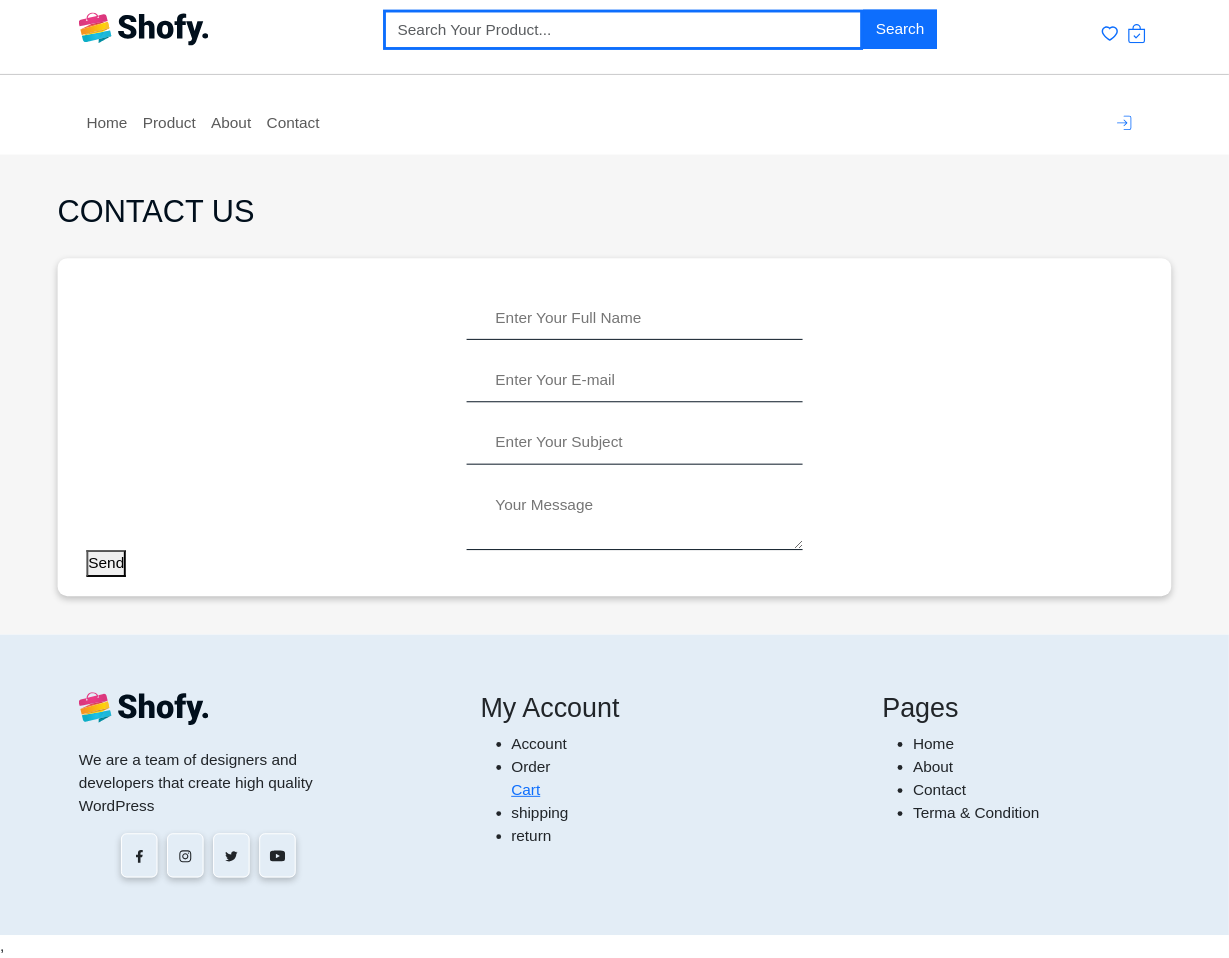
Repository: YomnaWegdan/E-commerce
Page: /contact
An editor plug-in stored every save of this project. The page is shown before and after the next save, followed by the edit.
The browser window is 1280 px wide. The pictures show the whole page, at 96% of full size.
The project was rebuilt for these pictures with package versions that can differ from the ones it lists, and the page was loaded fresh each time. Also part of the build but not shown: src/App.css, src/Pages/Home.css, src/Components/HomeProduct.js, src/Pages/Home.js, src/Pages/Product.js, src/Components/Cart/Cart.css, src/Components/Cart/Cart.js.

Above is the page before, as saved 2023-08-09 00:55:37.

### src/index.js
import React from 'react';
import ReactDOM from 'react-dom/client';
import './index.css';
import App from './App';
import reportWebVitals from './reportWebVitals';
import 'bootstrap/dist/css/bootstrap.min.css';
import { Auth0Provider } from '@auth0/auth0-react';
import { ContextProvider } from './Components/Context';

const root = ReactDOM.createRoot(document.getElementById('root'));
root.render(

  <ContextProvider>
  <Auth0Provider
  domain="dev-aamwpxlsfm3npzz6.us.auth0.com"
  clientId="MkjduxuJruldtmeMMgriskirViaGSRSW"
  authorizationParams={{
    redirect_uri: window.location.origin
  }}
>

  <App />
</Auth0Provider>,</ContextProvider>
);

// If you want to start measuring performance in your app, pass a function
// to log results (for example: reportWebVitals(console.log))
// or send to an analytics endpoint. Learn more: https://bit.ly/CRA-vitals
reportWebVitals();

### src/App.js
import { BrowserRouter , Routes , Route} from 'react-router-dom';
import './App.css';
import Navs from './Components/Navbar/Navs';
import Home from './Pages/Home';
import Footer from './Components/Footer/Footer';
import Product from './Pages/Product';
import Cart from './Components/Cart/Cart';
import Contact from './Pages/Contact';

function App() {
  return (
    <BrowserRouter>
    <Navs/>
    <Routes>
    <Route path='/' element={<Home/>}/>
    <Route path='/product' element={<Product/>}/>
    <Route path='/cart' element={<Cart/>}/>
    <Route path='/contact' element={<Contact/>}/>


    </Routes>
    <Footer/>

    </BrowserRouter>
  );
}

export default App;

### src/Components/Context.js
import {createContext  , useContext, useState} from "react"
import Productdetail from "../Pages/Productdetail";

export const Context = createContext(null);
export const useAppContext = () =>{
    const contextVar = useContext(Context);
    if(contextVar === undefined){
        throw new Error('Context must be within ContextProvider');
    }
    return contextVar;
}

export const ContextProvider = ({children}) =>{

    const [product , setProduct] = useState(Productdetail)
    const filterProduct = (product)=>{
        const update = Productdetail.filter((x)=>{
         return( x.Cat=== product )
        })
        setProduct(update)
      }
        const AllProducts = () =>{
          setProduct(Productdetail)
        }

        const searchBtn = (product) => {
    const change = Productdetail.filter((x) =>
    {
      return x.Cat === product
    })
    setProduct(change)
  }

  //Product_detail
  const [detail , setDetail] = useState([])
  const [close , setClose] = useState(false);

  const View = (product)=>{
    setDetail([{...product}])
    setClose(true)
  }

  //Cart
  const [cart , setCart] = useState([])

  const addToCart = (product)=>{
    const exist = cart.find((x)=>{
      return x.id === product.id
    })
    if(exist)
    {
      alert("This Product is already added to cart")
    }else{
      setCart([...cart, {...product, qty:1}])
      alert('Product is added to cart')
    }

  }
  console.log(cart)

  const increment =(product)=>{
    const exist = cart.find((x)=>{
        return x.id === product.id;
    })
    setCart(cart.map((el)=>{
      return el.id === product.id ? {...exist , qty: exist.qty +1}: el
    }))

}
const decrement =(product)=>{
  const exist = cart.find((x)=>{
    return x.id === product.id;
})
setCart(cart.map((el)=>{
  return el.id === product.id ? {...exist , qty: exist.qty -1}: el
}))
}

//Remove cart product
const removeproduct = (product) =>
{
    const exsit = cart.find((x) =>
    {
        return x.id === product.id
    })
    if(exsit.qty > 0)
    {
        setCart(cart.filter((x) =>
        {
            return x.id !== product.id
        }))
    }
}
const Totalprice = cart.reduce((price, item) => price + item.qty * item.Price, 0)


    return(
        <Context.Provider value={{ product , filterProduct, AllProducts , searchBtn , detail , View , close , setClose , addToCart , cart
          ,increment , decrement , removeproduct , Totalprice
         }}>
        {children}
        </Context.Provider>
    )}

### src/Components/Navbar/Navs.js
import { Fragment, useState } from 'react';
import Container from 'react-bootstrap/Container';
import Nav from 'react-bootstrap/Nav';
import Navbar from 'react-bootstrap/Navbar';
import Form from 'react-bootstrap/Form';
import Button from 'react-bootstrap/Button';
import Row from 'react-bootstrap/Row';
import Col from 'react-bootstrap/Col';
import logo from '../../img/logo.svg'
import { AiOutlineUser } from 'react-icons/ai';
import { CiLogin } from 'react-icons/ci';
import { CiLogout } from 'react-icons/ci';
import { AiOutlineHeart } from 'react-icons/ai';
import { BsBagCheck } from 'react-icons/bs';
import './Navs.css'
import { useAuth0 } from "@auth0/auth0-react";
import { useAppContext } from '../Context';
import { NavLink } from 'react-router-dom';

const Navs = () => {
  const { loginWithRedirect, logout , user, isAuthenticated } = useAuth0();
  const [search , setSearch] = useState()
  const {searchBtn} = useAppContext();


  return (
    <Fragment>
    <Navbar expand="lg" className='justify-content-between' >
      <Container>
        <Navbar.Brand href="/"><img src={logo} alt ='Logo'/></Navbar.Brand>
        <Navbar.Toggle aria-controls="basic-navbar-nav" />
        <Navbar.Collapse id="basic-navbar-nav" >
          <Nav className=" w-100 justify-content-center">
          <Form inline >
          <Row>
            <Col xs="auto">
              <Form.Control
                type="text"
                placeholder="Search Your Product..."
                className=" mr-sm-2  w-auto"
                value={search} onChange={(e)=>setSearch(e.target.value)}
              />

            </Col>
            <Col xs="auto" className=' m-sm-0'>
              <Button type="submit" onClick={()=>searchBtn(search)}  >Search</Button>
            </Col>
          </Row>
        </Form>
        </Nav>
        <Nav className=' justify-content-end'>
        {isAuthenticated &&
        (
        <Nav>
          <Nav.Link href="/" ><AiOutlineUser/></Nav.Link>
          <p className=' my-auto me-3' >Hello, {user.name}</p>
        </Nav>
        )}

        <NavLink to ="/"  className='mt-2 mx-1'><AiOutlineHeart/></NavLink>
        <NavLink to="/cart" className='mt-2 mx-1' ><BsBagCheck/></NavLink>

          </Nav>
        </Navbar.Collapse>
      </Container>
    </Navbar>
    <hr/>
    <Navbar expand="lg" >
    <Container>
      <Navbar.Toggle aria-controls="basic-navbar-nav "  />
      <Navbar.Collapse id="basic-navbar-nav" className=' justify-content-between'>
        <Nav className=" justify-content-start">
          <Nav.Link href="/">Home</Nav.Link>
          <Nav.Link href="/product">Product</Nav.Link>
          <Nav.Link href="/about">About</Nav.Link>
          <Nav.Link href="/contact">Contact</Nav.Link>
        </Nav>
        <Nav className="auth  ">
        {isAuthenticated?
                <Button onClick={() => logout({ logoutParams: { returnTo: window.location.origin } })}><CiLogout/></Button>:
                        <Button onClick={() => loginWithRedirect()}><CiLogin/></Button>
        }
        </Nav>
      </Navbar.Collapse>
    </Container>
  </Navbar></Fragment>
  )
}

export default Navs

### src/Components/Footer/Footer.js
import React from 'react'
import logo from '../../img/logo.svg'
import { AiOutlineInstagram } from 'react-icons/ai';
import { RiFacebookFill } from 'react-icons/ri';
import { AiOutlineTwitter } from 'react-icons/ai';
import { BsYoutube } from 'react-icons/bs';
import './Footer.css'
import { Link } from 'react-router-dom';

const Footer = () => {
  return (
    <div className='footer'>
    <div className='container d-flex justify-content-between '>
    <div className='about col-lg-3'>
    <div className='logo'>
        <img src={logo} alt='logo'></img>
    </div>
    <div className='detail'>
                    <p className=' mt-4'>We are a team of designers and developers that create high quality WordPress</p>
                    <div className='icon'>
                        <li><RiFacebookFill /></li>
                        <li><AiOutlineInstagram /></li>
                        <li><AiOutlineTwitter /></li>
                        <li><BsYoutube /></li>
                    </div>
                </div>
    </div>
    <div className='account col-lg-3'>
                <h3>My Account</h3>
                <ul>
                    <li>Account</li>
                    <li>Order</li>
                    <Link to='/cart'>Cart</Link>
                    <li>shipping</li>
                    <li>return</li>
                </ul>
            </div>
            <div className='page col-lg-3'>
                <h3>Pages</h3>
                <ul>
                    <li>Home</li>
                    <li>About</li>
                    <li>Contact</li>
                    <li>Terma & Condition</li>
                </ul>
            </div>
    </div>

    </div>
  )
}

export default Footer

### src/Pages/Contact.js
import React from 'react'
import './Contact.css'
const Contact = () => {
  return (
    <div>
    <div className='contact_container'>
    <div className='contant'>
    <h2>Contact Us</h2>
    <div className='form'>
    <form method='POST'>
    <input type='text' name='Name' value='' placeholder='Enter Your Full Name' required autoComplete='off'/>
    <input type='email' name='E-mail' value='' placeholder='Enter Your E-mail' required autoComplete='off'/>
    <input type='text' name='Subject' value='' placeholder='Enter Your Subject' required autoComplete='off'/>
    <textarea name='Message' value='' placeholder='Your Message' required autoComplete='off'></textarea>
    <button type='submit'>Send</button>

    </form>
    </div>
    </div>
    </div>



    </div>
  )
}

export default Contact

### src/Pages/Productdetail.js
const Productdetail =
[
    {
        id:1,
        Title:"Galaxy Tab S6 Lite 10.4-inch Android Tablet 128GB.",
        Cat: 'Tablet',
        Price: '723',
        Img: require('../img/tp1.jpg')
    },
    {
        id:2,
        Title:"Tracker with IP67 Waterproof Pedometer Smart watch.",
        Cat: 'Smart Watch',
        Price: '168',
        Img: require('../img/tp2.jpg')
    },
    {
        id:3,
        Title:"Cancelling Headphones Wireless.",
        Cat: 'Headphone',
        Price: '49',
        Img: require('../img/tp3.jpg')
    },
    {
        id:4,
        Title:"Professional Camera 4K Digital Video Camera.",
        Cat: 'Camera',
        Price: '1049',
        Img: require('../img/tp4.jpg')
    },
    {
        id:5,
        Title:"Mini Portable PD 22.5W Fast Charging Powerbank.",
        Cat: 'Powerbank',
        Price: '49',
        Img: require('../img/tp5.jpg')
    },
    {
        id:6,
        Title:"CPU Cooler 2 Heat Pipes 12mm 4 Pin PWM RGB for Intel.",
        Cat: 'Electronics',
        Price: '156',
        Img: require('../img/tp6.png')
    },
    {
        id:7,
        Title:"Playstation 4 2TB Slim Gaming Console.",
        Cat: 'Gaming',
        Price: '2098',
        Img: require('../img/tp7.jpg')
    },
    {
        id:8,
        Title:"Mini Portable Mobile Phone Powerbank for iphone.",
        Cat: 'Electronics',
        Price: '386',
        Img: require('../img/tp8.jpg')
    },
    {
        id:9,
        Title:"Microsoft Surface Pro 8-13' Touchscreen.",
        Cat: 'Tablet',
        Price: '693',
        Img: require('../img/p9.jpg')
    },
    {
        id:10,
        Title:"Playstation 4 2TB Slim Gaming Console.",
        Cat: 'Gaming',
        Price: '5036',
        Img: require('../img/p10.jpg')
    },
    {
        id:11,
        Title:"Echo Show 5 (2nd Gen) Adjustable Stand | Charcoal",
        Cat: 'Electronics',
        Price: '198',
        Img: require('../img/p11.jpg')
    },
    {
        id:12,
        Title:"Echo Dot smart speaker",
        Cat: 'Electronics',
        Price: '793',
        Img: require('../img/p12.jpg')
    },
]
export default Productdetail;

### src/Components/Navbar/Navs.css
.navbar input{
    width: 500px !important;
    border: 3px solid #0D6EFD;
    border-radius: 0px !important;
    outline: none !important;


}
.navbar input:focus{
    outline: none !important;
}
.navbar button{
    margin-left: -24px;
    border-radius: 0px !important;
    height: 41px;
}
@media (max-width:1200px) {
    .navbar button{
        margin-left: 0;
    }
    .navbar input{
        width: 260px !important;
    }
}
.navbar svg{
    color: #0D6EFD;
    width: 20px;
    height: 20px;
}

.navbar a:hover{
    color: #0D6EFD;

}
.navbar p{
    width: max-content;
}
.navbar .auth button{
    background-color: white;
    border: none;
    margin: 5px;
}

### src/Components/Footer/Footer.css
.footer{
    background: #e3edf6;
    padding: 60px;
    text-align: start;
}
.footer .detail .icon{
    list-style: none;
    display: flex;
    justify-content: center;

}
.footer .detail .icon li{
    margin-right: 10px;
    border: 1px solid white;
    box-shadow: rgba(0, 0, 0, 0.24) 0px 3px 8px;
    padding: 10px;
    border-radius: 6px;

}
.footer .detail .icon li:hover{
    background-color: #0989ff;
    color: white;
    border: 1px solid #0989ff;
    transition: 0.5s;


}

.footer .account li:hover , .footer .page li:hover{
    color: #0989ff;
    cursor: pointer;
    transition: 0.5s;


}

### src/Pages/Product.css
*
{
    margin: 0;
    padding: 0;
    font-family: sans-serif;
    box-sizing: border-box;
}
.products
{
    padding: 30px 40px;
    width: 100%;

}
.products h3
{
    font-size: 42px;
    letter-spacing: 1px;
    text-transform: uppercase;
    font-weight: 300;
    color: #010f1c;
    margin-left: 4%;

}
.products p
{
    margin-top: 10px;
    color: #9a9a9a;
    margin-left: 4%;

}
.products .container
{
    margin-top: 30px;
    max-width: 100%;
    display: flex;
    justify-content: space-between;
}
.products .container .filter
{
    padding: 20px 30px;
    display: flex;
    justify-content:flex-start;
    flex-wrap: wrap;
}
.products .container .filter .categories h3
{
    color: #010f1c;
    font-size: 16px;
    text-transform: uppercase;
    font-weight: 600;
}
.products .container .filter .categories ul
{
    margin-top: 10px;
}
.products .container .filter .categories ul li
{
    list-style: none;
    margin-top: 20px;
    color: #010f1c;
    cursor: pointer;
}
.products .container .productbox
{
    margin-right: 0%;
    display: flex;
    justify-content: space-between;
    flex-wrap: wrap;
    width: 80%;

}

.products .container .productbox .contant{
    display: flex;
    justify-content:flex-end;
    flex-wrap: wrap;


}
.products .container .productbox .contant .box
{
    padding: 10px 20px;
    overflow: hidden;
    width: 280px;
    height: 400px;
    border: 1px solid #e2e0e0;
    margin-bottom: 20px;
    transition: 0.5s;
    cursor: pointer;
    border-radius: 5px;
    margin-right: 20px;
}
.products .container .productbox .contant .box:hover
{
    box-shadow: rgba(0, 0, 0, 0.24) 0px 3px 8px;
}
.products .container .productbox .contant .box .img_box
{
    display: flex;
    justify-content: space-between;
    border-bottom: 1px solid #e2e0e0;
}
.products .container .productbox .contant .box .img_box img
{
    width: 300px;
    height: 250px;
    margin-right: 50px;
}
.products .container .productbox .contant .box .img_box .icon
{
    z-index: 1;
    position: relative;
    right: 0;
    display: flex;
    flex-direction: column;
    margin-top: 20px;
    transition: 0.5s;
}
.products .container .productbox .contant .box:hover .img_box .icon
{
    transform: translateX(-130px);
}
.products .container .productbox .contant .box .img_box .icon li
{
    list-style: none;
    padding: 10px 10px;
    color: #010f1c;
    cursor: pointer;
    box-shadow: rgba(0, 0, 0, 0.24) 0px 3px 8px;
    background: #fff;
    transition: 0.5s;
    font-size: 18px;
}
.products .container .productbox .contant .box .img_box .icon li:hover
{
    background: #0989ff;
    color: #fff;
}
.products .container .productbox .contant .box .detail
{
    margin-top: 10px;
}
.products .container .productbox .contant .box .detail h3
{
    font-size: 16px;
    margin-top: 5px;
    color: #010f1c;
    transition: 0.5s;
}
.products .container .productbox .contant .box:hover .detail h3
{
    color: #0989ff;
}
.products .container .productbox .contant .box .detail h4
{
    margin-top: 5px;
    font-size: 14px;
    color: #0989ff;
    letter-spacing: 1px;
}

.product_detail
{
    padding: 30px 40px;
    width: 100%;
    height: 120%;
    position: fixed;
    z-index: 2;
    margin-top: -20%;
    background: rgba(0, 0, 0, 0.24);
}
.product_detail .container
{
    margin-top: 15%;
    width: 1000px;
    height: 550px;
    background: #fff;
    padding: 20px 30px;
    border-radius: 10px;
    box-shadow: rgba(0, 0, 0, 0.24) 0px 3px 8px;
}
.product_detail .container .closebtn
{
    margin-left: 100%;
    border: none;
    outline: none;
    background: none;
    font-size: 22px;
    cursor: pointer;
}
.product_detail .container .productbox
{
    max-width: 100%;
    display: flex;
    padding: 20px 30px;
    margin-top: 20px;
    justify-content: space-between;
    margin-top: 60px;
}
.product_detail .container .productbox .img-box
{
    padding: 20px 30px;
    width: 400px;
    height: 350px;
    background: #f1f1f1;
}
.product_detail .container .productbox .img-box img
{
    width: 250px;
    height: 250px;
}
.product_detail .container .productbox .detail
{
    margin-left: 30px;
    margin-top: 10px;
}
.product_detail .container .productbox .detail h4
{
    text-transform: uppercase;
    font-size: 14px;
    font-weight: 200;
    color: #9a9a9a;
    letter-spacing: 1px;
}
.product_detail .container .productbox .detail h2
{
    margin-top: 20px;
    font-size: 32px;
    color: #010f1c;
    text-transform: capitalize;
    letter-spacing: 1px;
}
.product_detail .container .productbox .detail p
{
    margin-top: 10px;
    color: #4a4a4a;
}
.product_detail .container .productbox .detail h3
{
    margin-top: 10px;
    color: #010f1c;
    font-size: 32px;
    letter-spacing: 1px;
}
.product_detail .container .productbox .detail button
{
    margin-top: 30px;
    padding: 15px 60px;
    font-size: 16px;
    color: #fff;
    background: #010f1c;
    transition: 0.5s;
    border: none;
    outline: none;
    cursor: pointer;
}
.product_detail .container .productbox .detail button:hover
{
    background: #0989ff;
}

### src/Pages/Contact.css
.contact_container{
    padding: 30px 40px;
    width: 100%;
    background: #f6f6f6;
}
.contact_container .contant{
    padding: 10px 20px;
    max-width: 100%;
}
.contact_container .contant h2{
    text-transform: uppercase;
    font-size: 32px;
    color: #010f1c;
    font-weight: 200;
}
.contact_container .contant .form{
    margin-top: 30px;
    padding: 20px 30px;
    background: #fff;
    border-radius: 10px;
    box-shadow: rgba(0, 0, 0, 0.24) 0px 3px 8px;

}
.contact_container .contant .form form input , .contact_container .contant .form form textarea{

    padding: 10px 30px;
    border: none;
    outline: none;
    background: none;
    border-bottom: 1px solid #010f1c;
    width: 350px;
    margin-top: 20px;
    margin-left: 36%;
    display: flex;
    justify-content: center;
    align-items:center;
}
.contact_container .contant .form form textarea{

}
.contact_container .contant .form form button{

}

Loaded but not shown: public/index.html (common file); src/index.css (common file); src/reportWebVitals.js (common file)

After the next save:
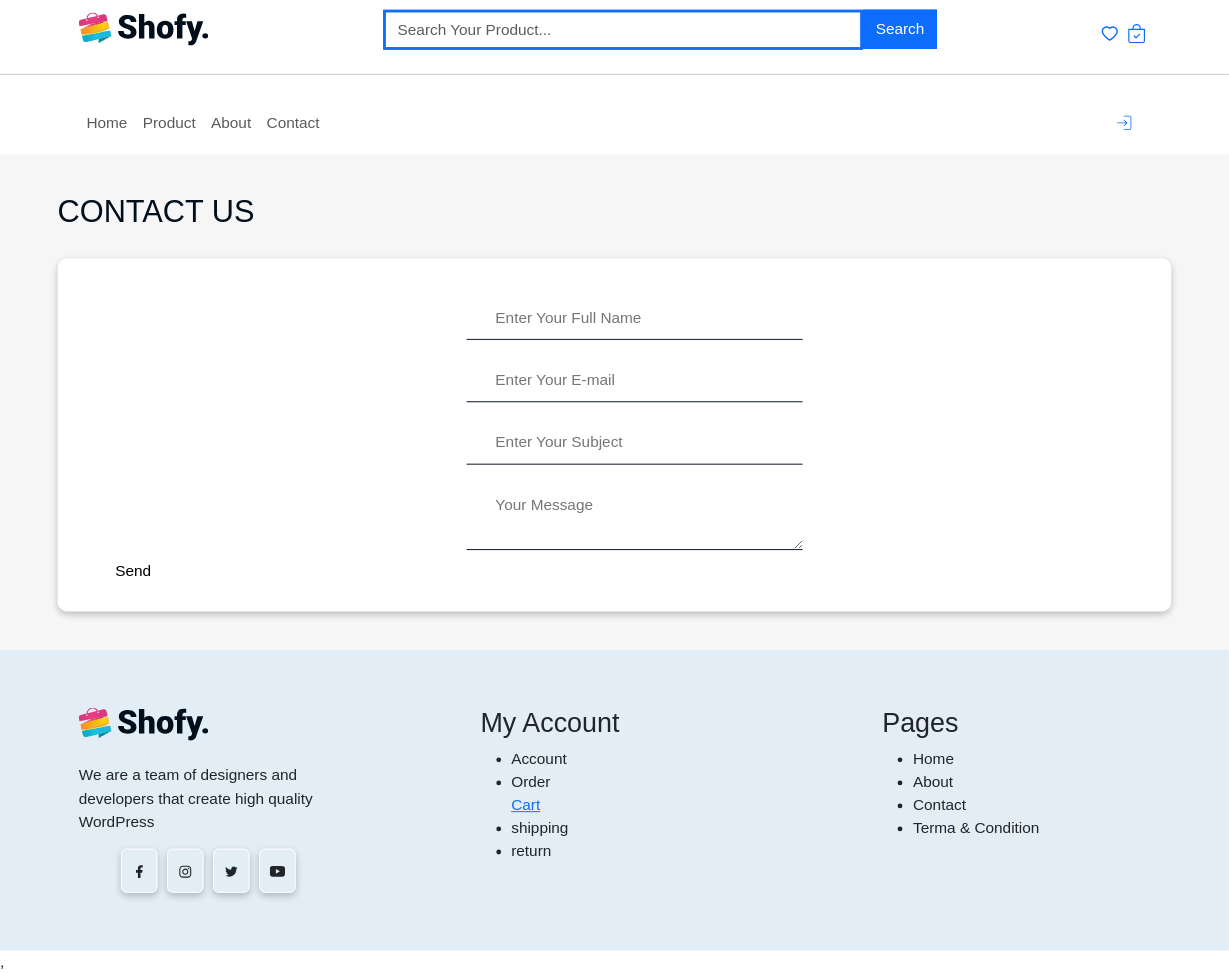
Saved 45 s later.
--- a/src/Pages/Contact.css
+++ b/src/Pages/Contact.css
@@ -39,5 +39,9 @@
 
 }
 .contact_container .contant .form form button{
+    padding: 10px 30px;
+    border: none;
+    outline: none;
+    background: none;
 
 }
